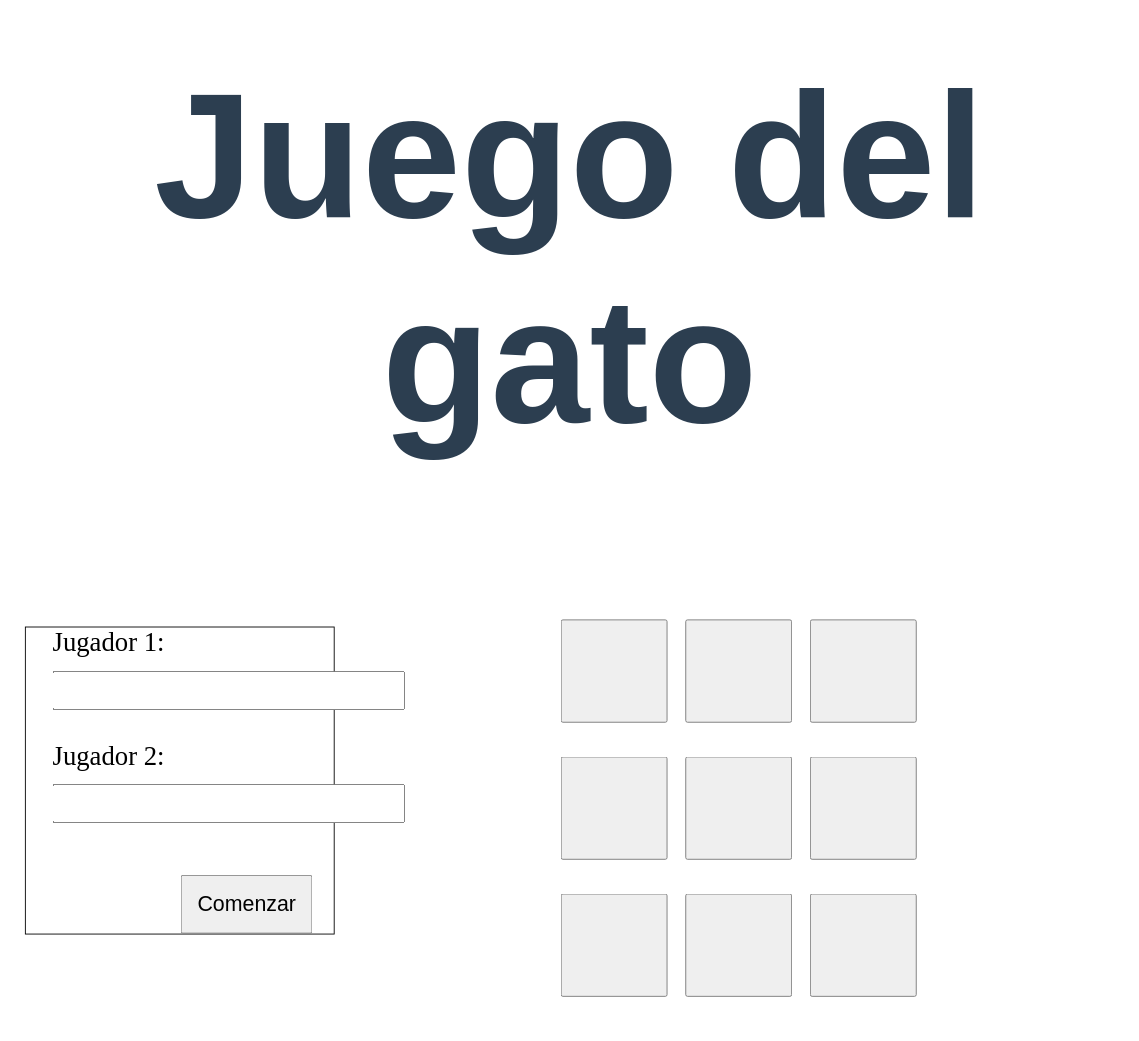
Repository: franciscamanquecheo/Taller-2
Page: / (app in vite-project/)
An editor plug-in stored every save of this project. The page is shown before and after the next save, followed by the edit.
The browser window is 1280 px wide. The pictures show the whole page, at 89% of full size.
The project was rebuilt for these pictures with package versions that can differ from the ones it lists, and the page was loaded fresh each time. Also part of the build but not shown: vite-project/vite.config.ts.

Above is the page before, as saved 2022-06-17 18:06:36.

After the next save:
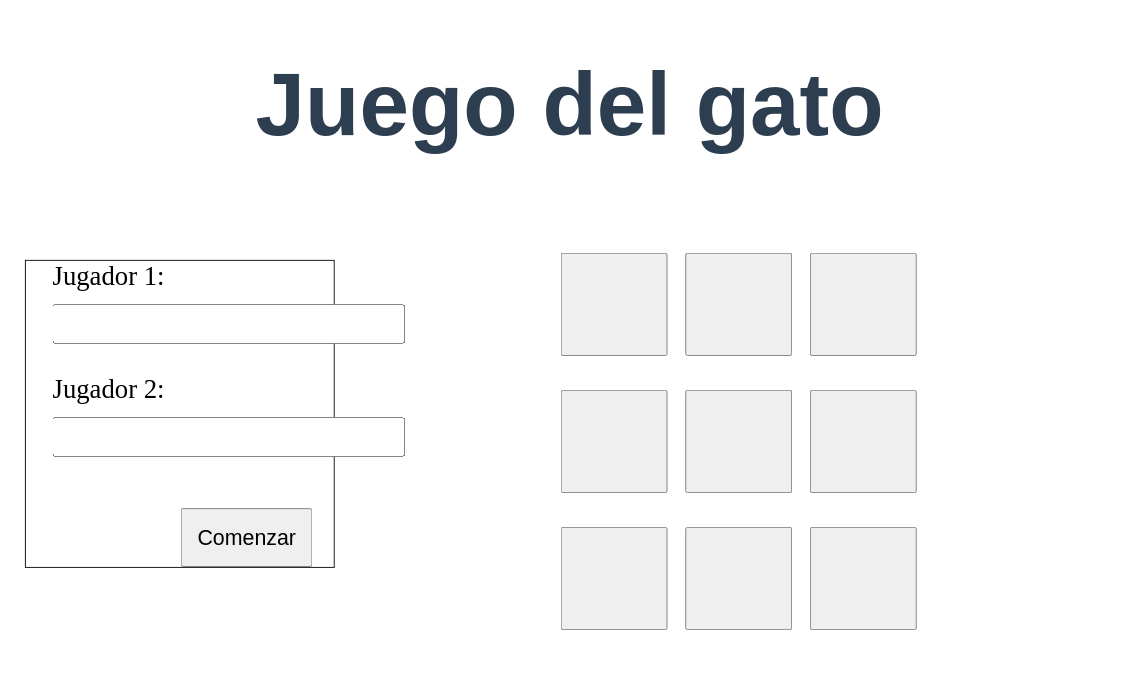
Saved 5 s later.
--- a/vite-project/src/App.vue
+++ b/vite-project/src/App.vue
@@ -54,7 +54,7 @@ h1 {
   text-align: center;
   color: #2c3e50;
   margin-top: 60px;
-  font-size: 200px;
+  font-size: 100px;
 }
 article#comandos{
   margin-top: 50px;
